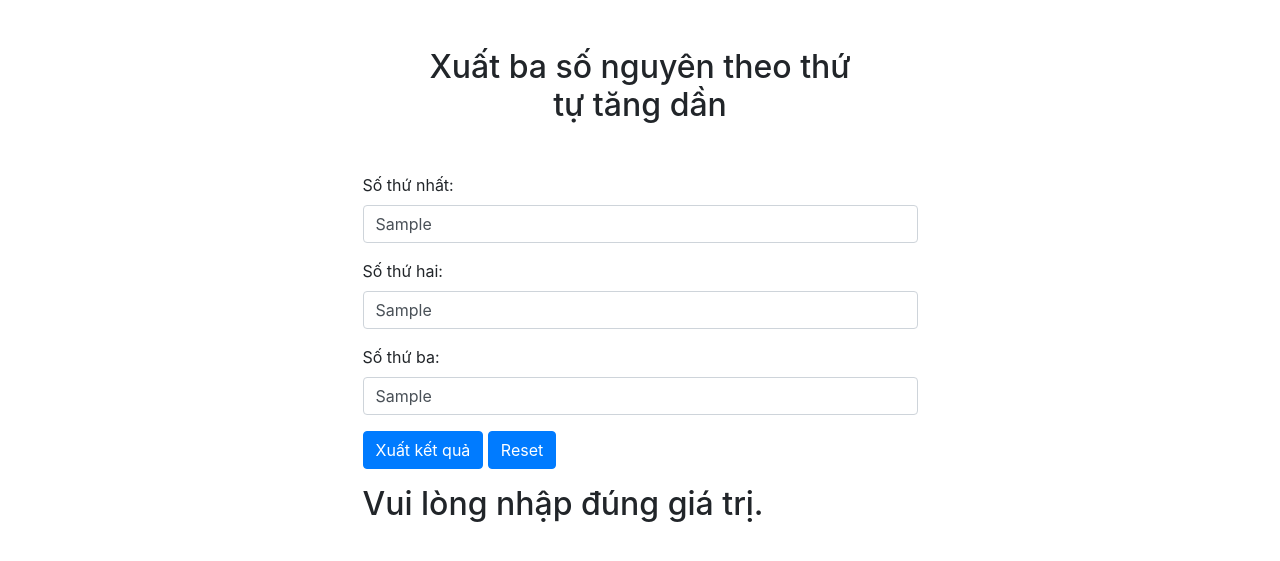
Repository: dovanthao2404/BC14_BaiTap_JS_Buoi_4_dovanthao
Page: html/bai1.html
The author's editor kept a copy of each file at every save. The page is drawn from the files as they stood at one save, then again after the next save.
The browser window is 1280 px wide. The pictures show the whole page.
Empty fields were first filled with sample values (such as "Sample", 5 or name@example.com).
After loading, the first visible `#xuatKetQua` was clicked once.

Above is the page before, as saved 2021-07-02 22:20:08.

After the next save:
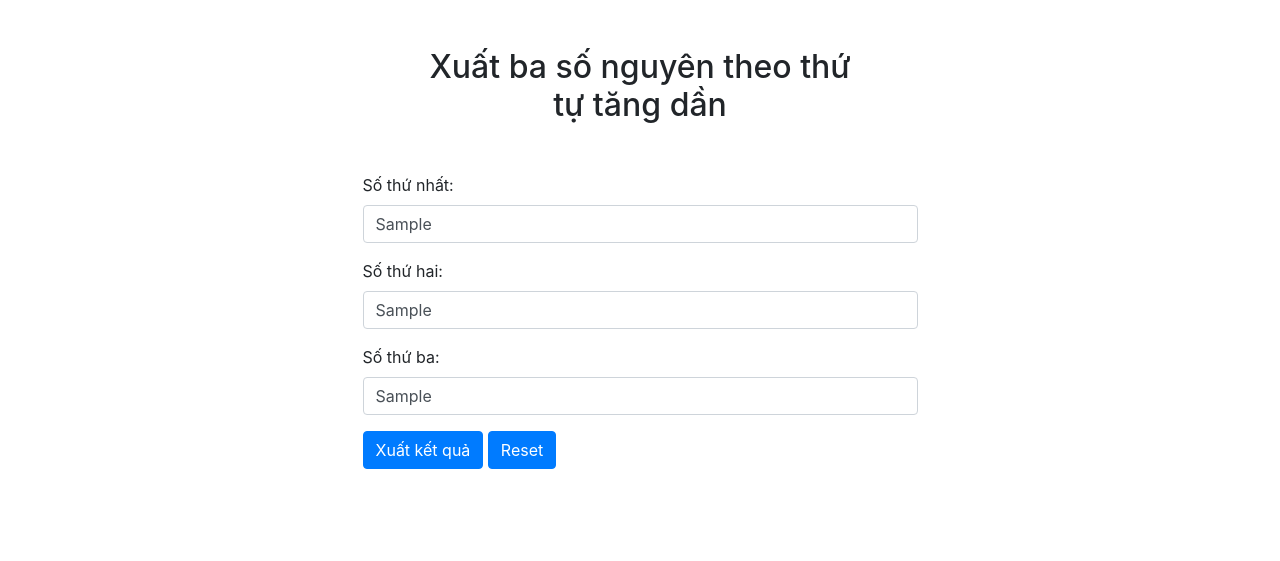
Console error: ReferenceError: b is not defined
Saved 32 s later.
--- a/js/bai1.js
+++ b/js/bai1.js
@@ -1,7 +1,10 @@
 function xuLySapXepTangDan() {
-  var a = document.getElementById('number-1').value;
-  var b = document.getElementById('number-2').value;
-  var c = document.getElementById('number-3').value;
+  var number1 = document.getElementById('number-1').value;
+  var number2 = document.getElementById('number-2').value;
+  var number3 = document.getElementById('number-3').value;
+
+  var a = checkLength(number1);
+
   if (a && b && c && !isNaN(a) && !isNaN(b) && !isNaN(c)) {
     console.log("a");
     if (a % 1 !== 0 || b % 1 !== 0 || c % 1 !== 0) {

After the 2 saves that followed:
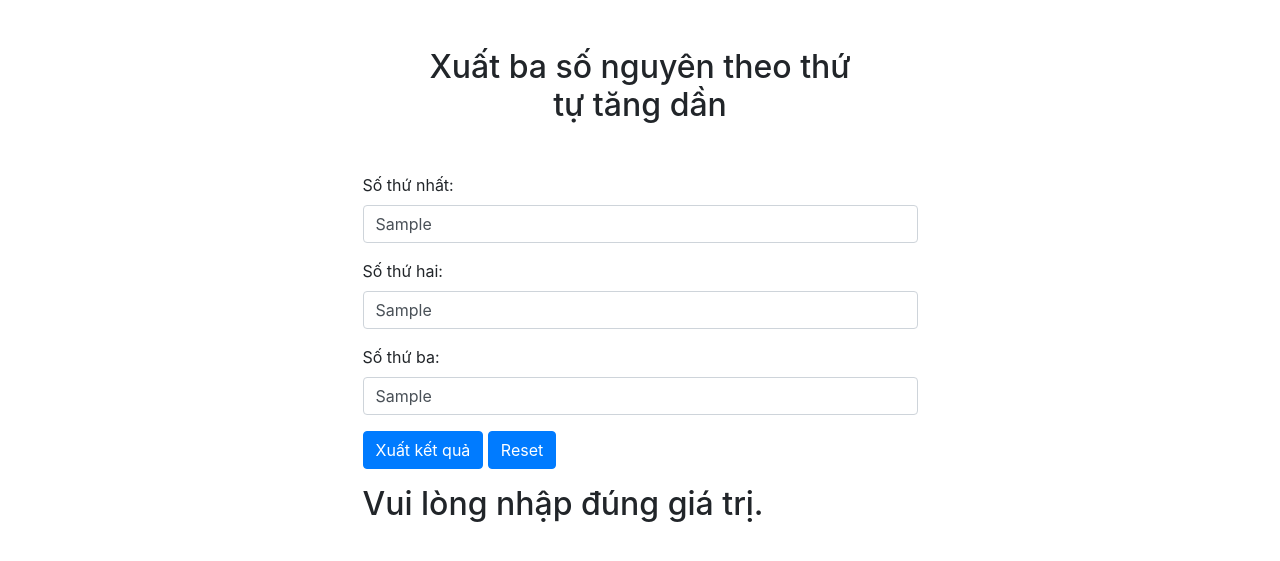
The error is gone.
The 2 saves are shown as one change because 1 left the picture as it was.
The last was saved 2 min 14 s later.
--- a/js/bai1.js
+++ b/js/bai1.js
@@ -3,9 +3,18 @@
   var number2 = document.getElementById('number-2').value;
   var number3 = document.getElementById('number-3').value;
 
-  var a = checkLength(number1);
+
+  var coNhap = checkLength(number1);
+  var coNhap1 = checkLength(number2);
+  var coNhap2 = checkLength(number3);
+
 
   if (a && b && c && !isNaN(a) && !isNaN(b) && !isNaN(c)) {
+
+    var a = +number1;
+    var b = +number2;
+    var c = +number3;
+
     console.log("a");
     if (a % 1 !== 0 || b % 1 !== 0 || c % 1 !== 0) {
       xuatThongBaoLoi('Vui lòng nhập số nguyên.');
